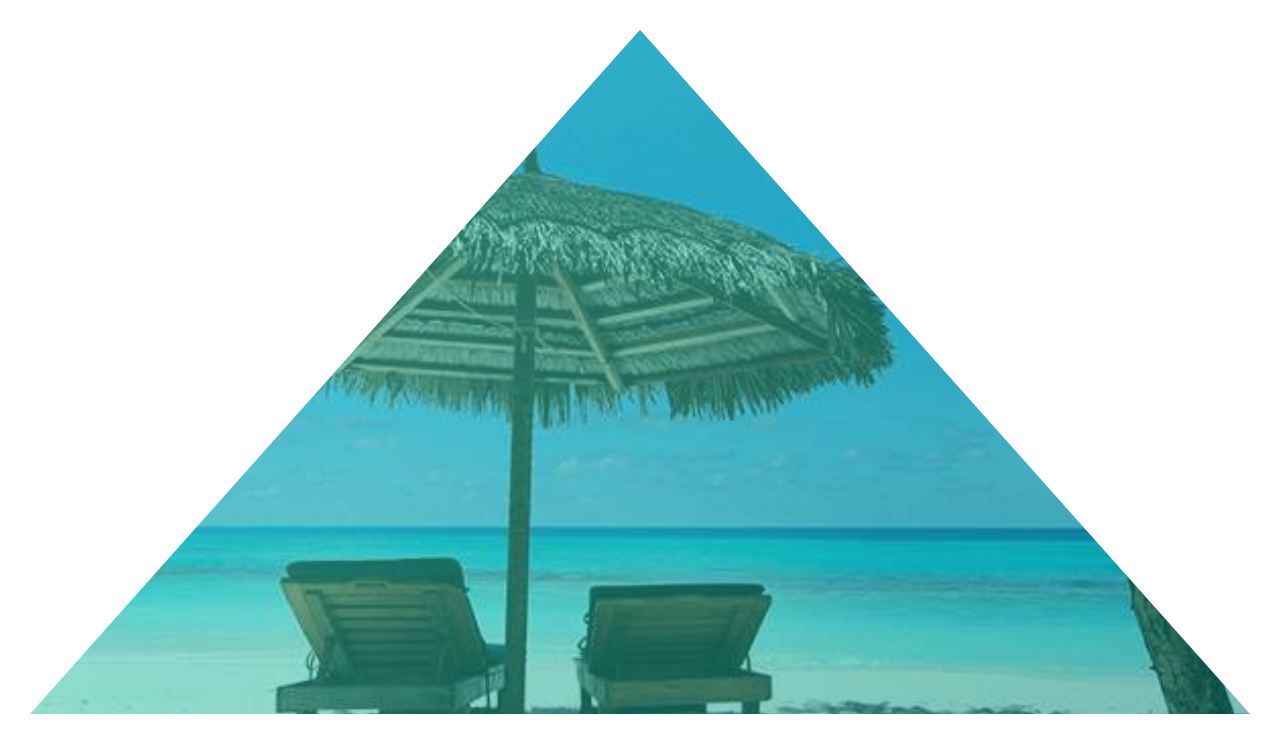
Repository: Azariagmt/tour-and-travel
Page: index.html
An editor plug-in stored every save of this project. The page is shown before and after a run of saves, followed by the edit.
The browser window is 1280 px wide. The pictures show the whole page.

Above is the page before, as saved 2020-03-20 15:10:03.

After the next 4 saves:
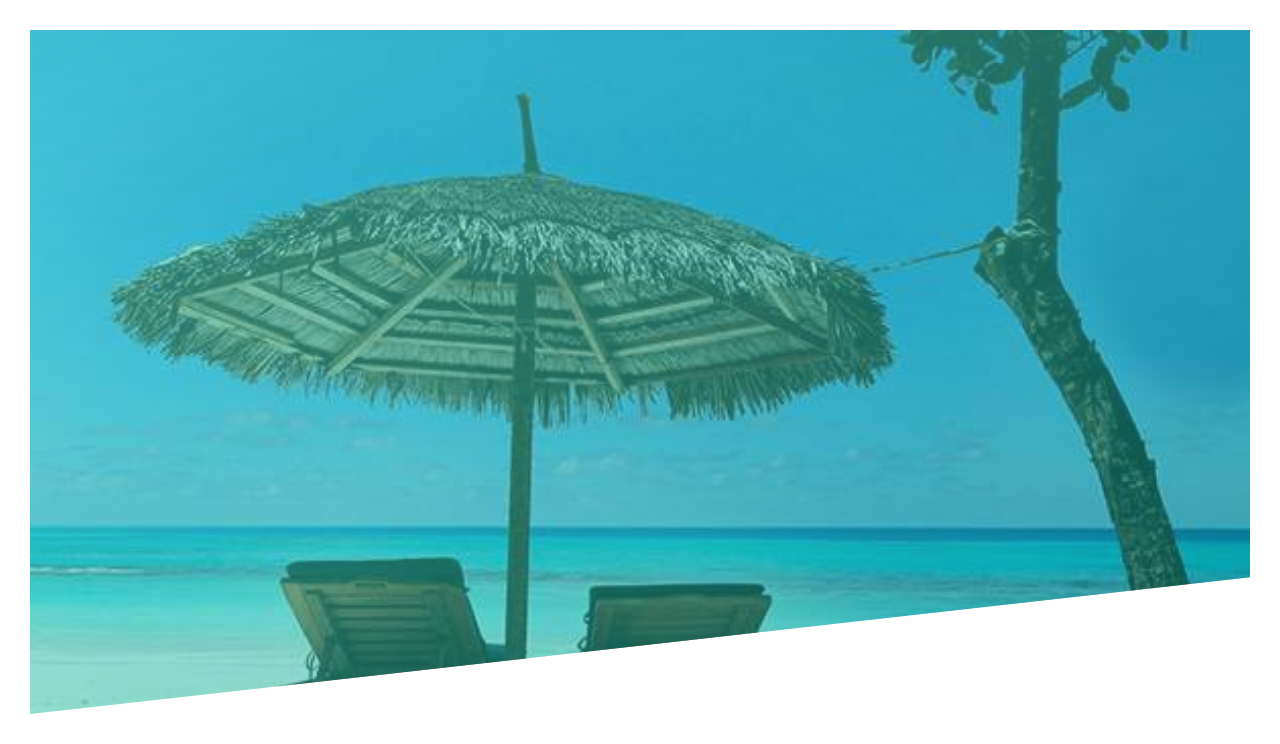
The 4 saves are shown as one change because they came seconds apart.
The last was saved 30 s later.
--- a/css/style.css
+++ b/css/style.css
@@ -19,5 +19,5 @@
     url(../img/2.jpg);
   background-size: cover;
   background-position: top;
-  clip-path: polygon(50% 0, 50% 0, 100% 100%, 0% 100%);
+  clip-path: polygon(0 0, 100% 0, 100% 80%, 0% 100%);
 }
